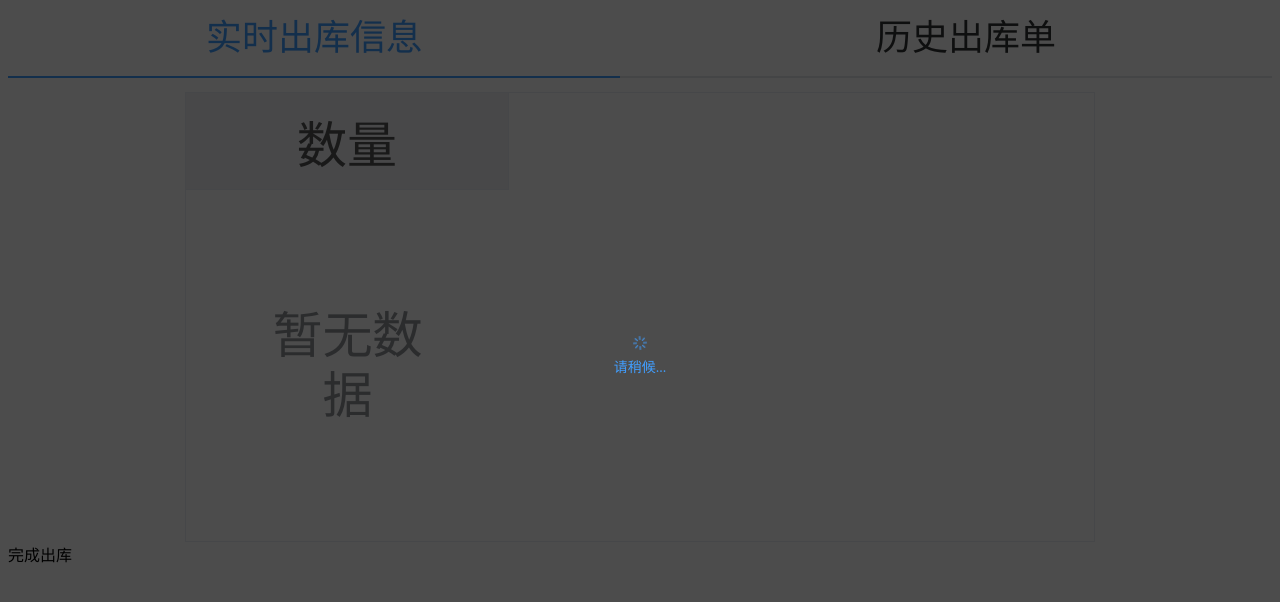
Repository: yaesass/yaesass
Page: /#/InStockDetail (app in scancode/)
These files come from the project's save history. The page is drawn as it stood at one moment and after the next save; the edit follows.
The browser window is 1280 px wide. The pictures show the whole page.
The page's requests for data from a server got no answer. The project was rebuilt for these pictures with package versions that can differ from the ones it lists, and the page was loaded fresh each time. No one was signed in, and anything a server would have sent is missing. Also part of the build but not shown: scancode/vue.config.js.

Above is the page before, as saved 2022-07-01 09:14:42.

After the next save:
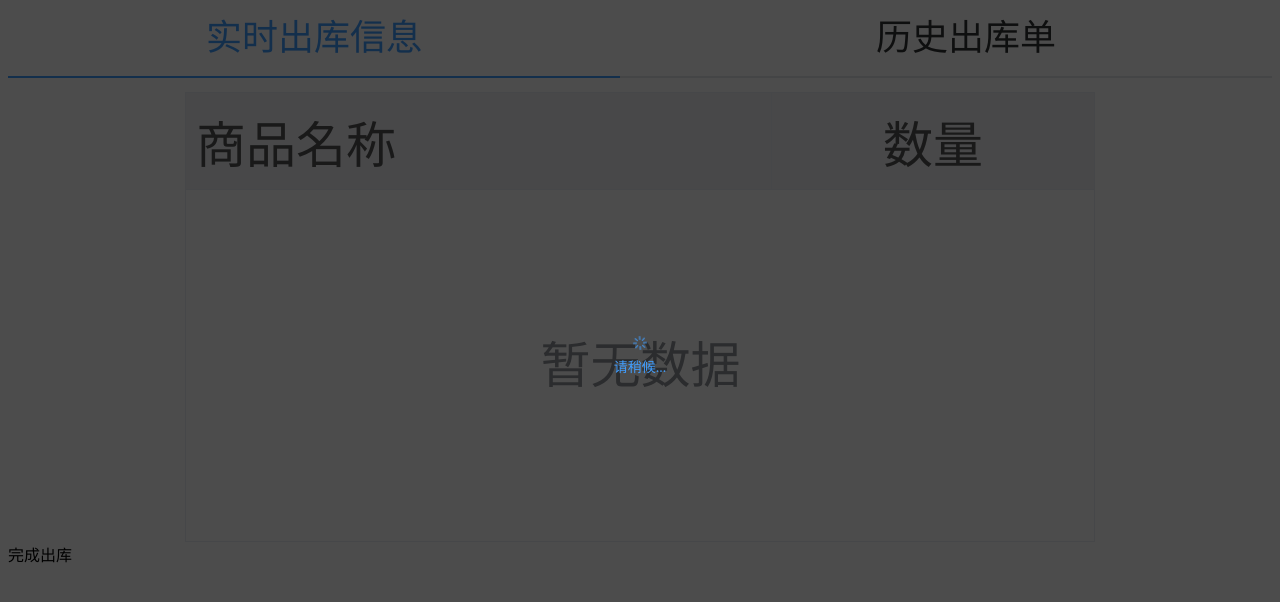
Saved 17 s later.
--- a/scancode/src/views/OutStock.vue
+++ b/scancode/src/views/OutStock.vue
@@ -16,7 +16,7 @@
           ref="table"
           height="450"
         >
-          <el-table-column label="商品名称" style="heihgt: 97px" v-if="outkey">
+          <el-table-column label="商品名称" style="heihgt: 97px">
             <template slot-scope="scope">
               <span v-html="scope.row.name"></span>
             </template>
